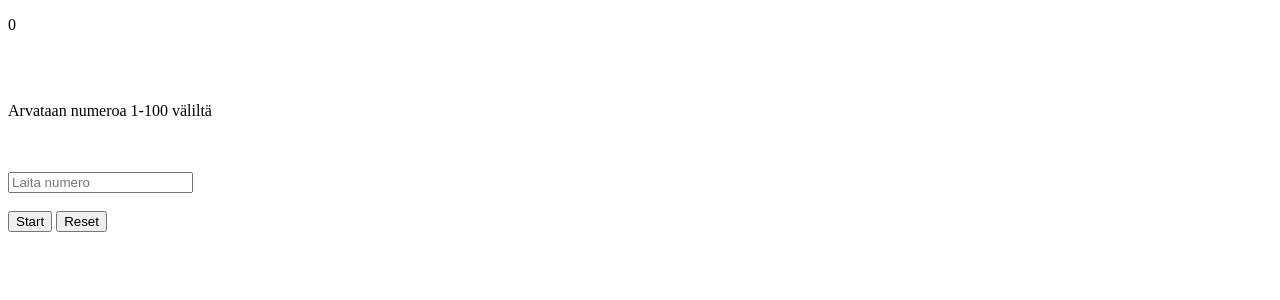
Repository: VadimZubchenko/numeronarvouspeli_JS
Page: public/index.html
An editor plug-in stored every save of this project. The page is shown before and after the next save, followed by the edit.
The browser window is 1280 px wide. The pictures show the whole page.
Empty fields were first filled with sample values (such as "Sample", 5 or name@example.com).
After loading, the first visible `#resetGame` was clicked once.

Above is the page before, as saved 2022-04-25 22:10:29.

### public/index.html
<!DOCTYPE html>
<html lang="en">
<head>
  <meta charset="UTF-8">
  <meta http-equiv="X-UA-Compatible" content="IE=edge">
  <meta name="viewport" content="width=device-width, initial-scale=1.0">
  <title>Numeroarvouspeli</title>
  <script src="script.js"></script>
</head>
<body>
  <p id="maara" >Arvausten määrä: </p>
  <br><br>
  <p id="message" value="0"> Arvataan numeroa 1-100 väliltä </p>
  <br><br>
  <input type="text" id="numero" name="numero" onfocus="this.value='' "placeholder="Laita numero">
  <br>
  <br>
  <button id="startGame" onclick="startGame()">Start</button>
  <button id="resetGame" onclick="resetGame()">Reset</button>
</body>
</html>

### public/script.js
var running = 0;

let lastMin = 0;
let lastMax = 101;
let kpl = 0;

let arvo = Math.floor(Math.random() * 100);
console.log("Arvo :" + arvo);

function startGame() {
  //jos se on jo käynnissä sittten running = true;
  let clientArvo = document.getElementById("numero").value;
  let checkNaN = isNaN(clientArvo);

  console.log("clientArvo: " + clientArvo);
  console.log("ei numerollinen luku: " + checkNaN);

  if (lastMin < clientArvo && clientArvo < lastMax && !checkNaN) {
    if (clientArvo < arvo) {
      lastMin = clientArvo;
      document.getElementById("message").innerHTML =
        "Valitse luku suurempi kuin: " + clientArvo + ". <br>Yritä uudelleen!";
      kpl++;
    }
    if (clientArvo > arvo) {
      lastMax = clientArvo;
      document.getElementById("message").innerHTML =
        "Valitse luku pienempi kuin: " + clientArvo + ". <br>Yritä uudelleen!";
      kpl++;
    }
    if (clientArvo == arvo) {
      document.getElementById("message").innerHTML =
        "Arvosit oikein! Se oli " + arvo + ".";
    }
  } else {
    document.getElementById("message").innerHTML =
      "Ups! Jotain meni pielen. <br>Valitse numerollinen arvo, joka suurempi kuin " +
      lastMin +
      " ja pienempi kuin : " +
      lastMax;
  }
  document.getElementById("maara").innerHTML = "Arvausten määrä: " + kpl;
  console.log("min:" + lastMin);
  console.log("max: :" + lastMax);
}

function resetGame() {
  clientArvo = 0;
  arvo = 0;
  lastMin = 0;
  lastMax = 101;
  kpl = 0;
  document.getElementById("numero").value = "";
  document.getElementById("maara").innerHTML = kpl;
  document.getElementById("message").innerHTML =
    "Arvataan numeroa 1-100 väliltä";
}

After the next save:
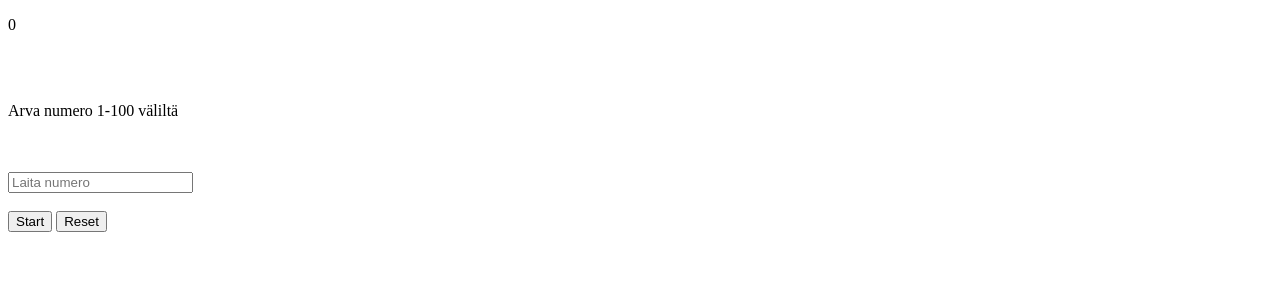
Saved 12 s later.
--- a/public/script.js
+++ b/public/script.js
@@ -52,6 +52,5 @@ function resetGame() {
   kpl = 0;
   document.getElementById("numero").value = "";
   document.getElementById("maara").innerHTML = kpl;
-  document.getElementById("message").innerHTML =
-    "Arvataan numeroa 1-100 väliltä";
+  document.getElementById("message").innerHTML = "Arva numero 1-100 väliltä";
 }
